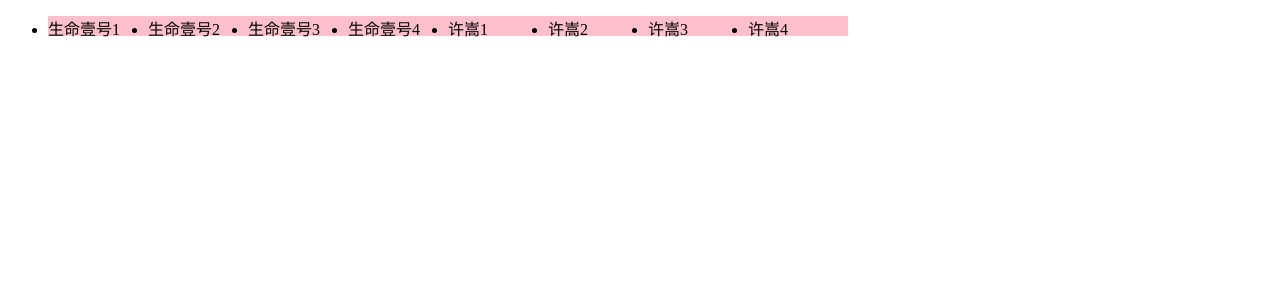
Repository: KaibutsuSama/CodePracticeExample
Page: Html5+Css3/Css3/04.浮动/06.overflowhidden.html
These files come from the project's save history. The page is drawn as it stood at one moment and after the next save; the edit follows.
The browser window is 1280 px wide. The pictures show the whole page.

Above is the page before, as saved 2023-01-30 23:00:07.

After the next save:
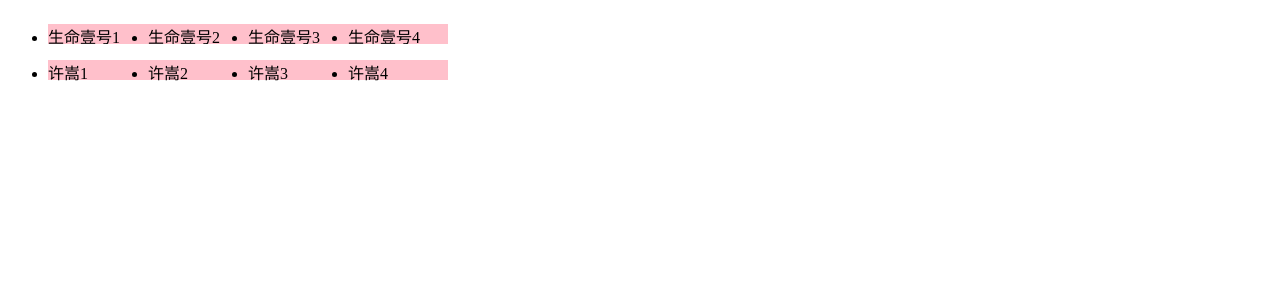
Saved 5 s later.
--- a/Html5+Css3/Css3/04.浮动/06.overflowhidden.html
+++ b/Html5+Css3/Css3/04.浮动/06.overflowhidden.html
@@ -15,7 +15,9 @@
             height: 20px;
             background-color: pink;
         }
-
+        .box1{
+            overflow: hidden;
+        }
     </style>
 </head>
 <body>
